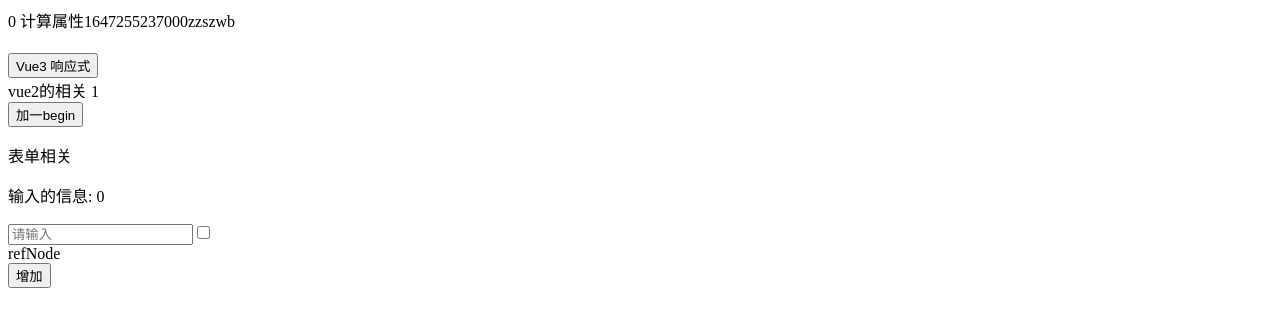
Repository: paranoia-M/vue3-Actions
Page: /
These files come from the project's save history. The page is drawn as it stood at one moment and after the next save; the edit follows.
The browser window is 1280 px wide. The pictures show the whole page.
The project was rebuilt for these pictures with package versions that can differ from the ones it lists, and the page was loaded fresh each time. Also part of the build but not shown: vite.config.js, vue.config.js.

Above is the page before, as saved 2022-03-14 15:00:45.

After the next save:
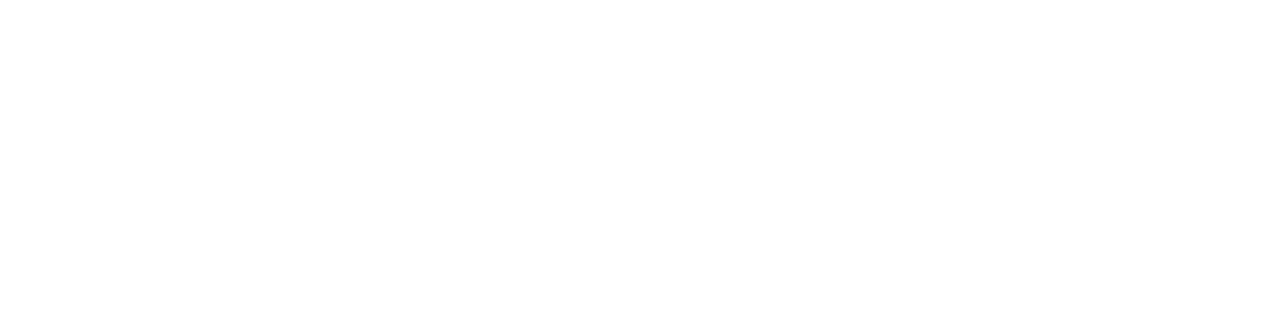
Console error: ReferenceError: greeting is not defined
Saved 5 s later.
--- a/src/main.js
+++ b/src/main.js
@@ -12,7 +12,9 @@
   },
 });
 
-app.use(router).use(MyPlugin, {});
+app.use(router).use(MyPlugin, {
+  greeting,
+});
 app.mount("#app");
 console.log(app);
 

After the save that followed:
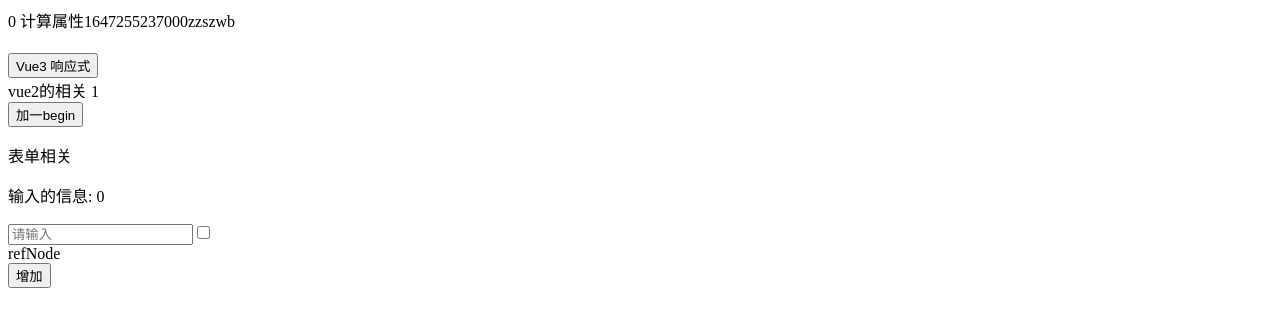
The error is gone.
Saved 4 s later.
--- a/src/main.js
+++ b/src/main.js
@@ -13,7 +13,7 @@
 });
 
 app.use(router).use(MyPlugin, {
-  greeting,
+  greeting: {},
 });
 app.mount("#app");
 console.log(app);
